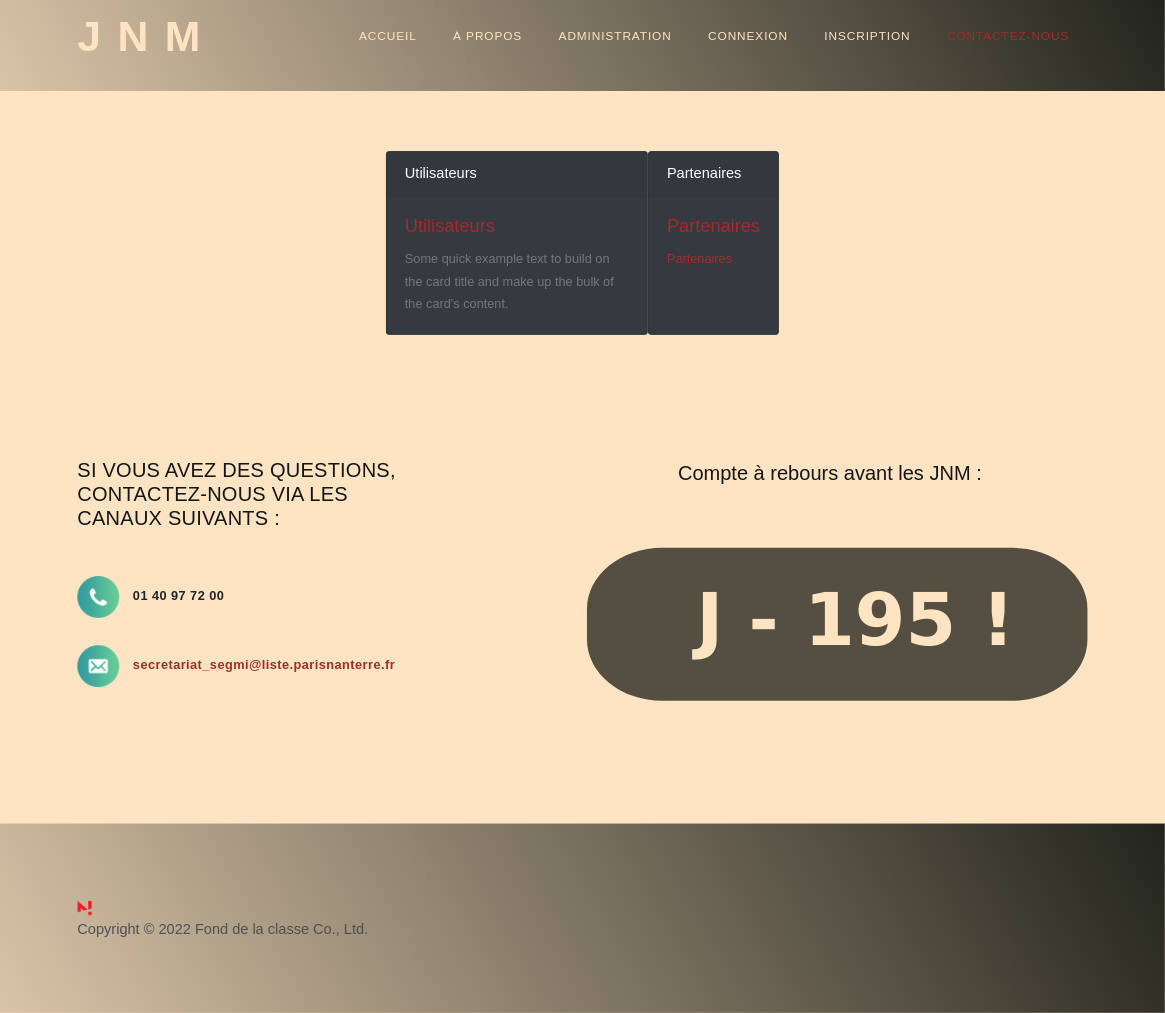
Repository: RiadNadri/ProjetWeb2022
Page: templates/Admin/admin.html.twig
These files come from the project's save history. The page is drawn as it stood at one moment and after the next save; the edit follows.
The browser window is 1280 px wide. The pictures show the whole page, at 91% of full size.
Some web fonts or font styles are not loaded; a fallback is used. The page is a Twig template of a Symfony application; nobody is signed in and links lead nowhere. The template is opened directly, without the code that normally fills it, so the values that code supplies are empty.

Above is the page before, as saved 2022-12-24 17:30:29.

After the next save:
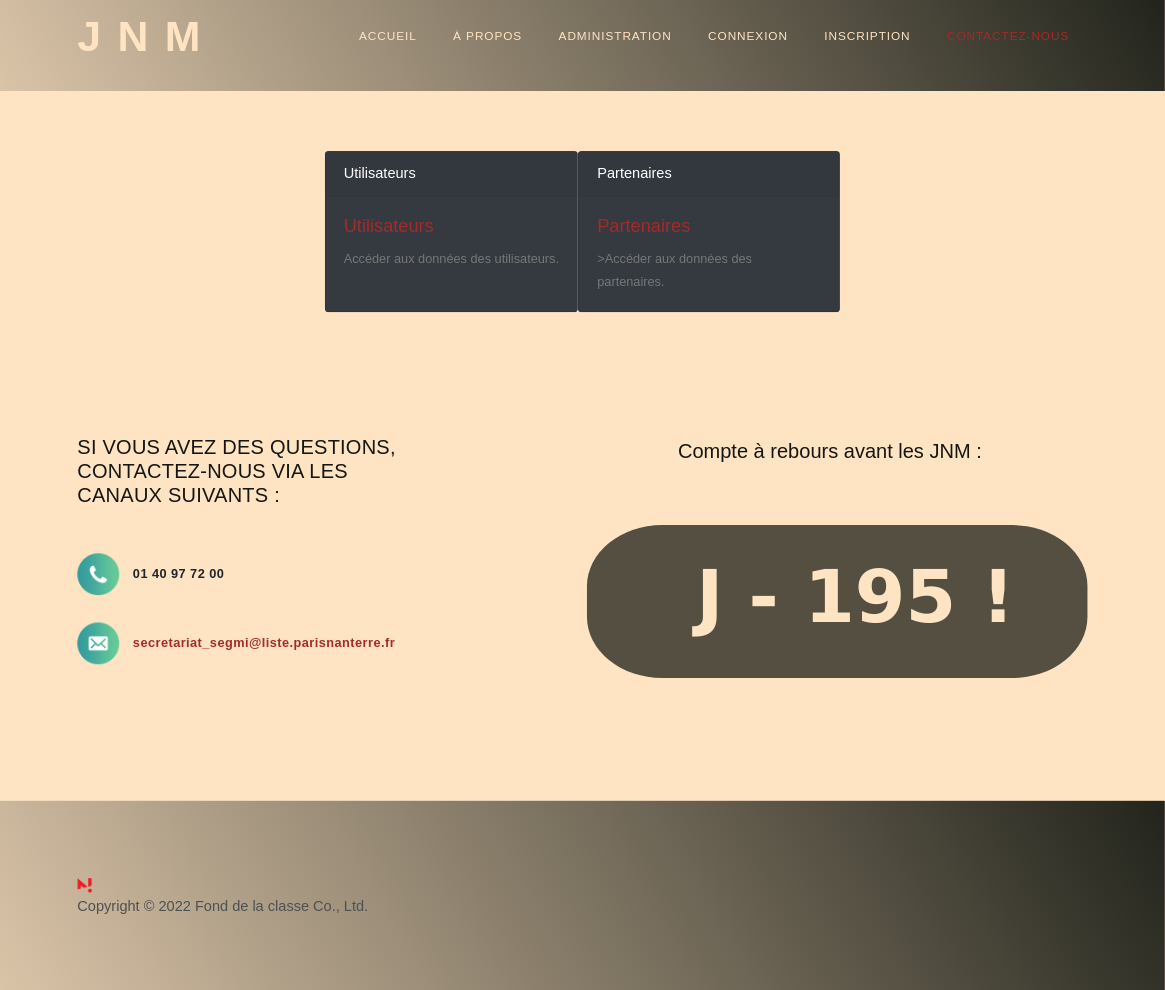
Saved 38 s later.
--- a/templates/Admin/admin.html.twig
+++ b/templates/Admin/admin.html.twig
@@ -31,7 +31,7 @@
     <div class="card-header">Utilisateurs</div>
     <div class="card-body">
         <h5 class="card-title"><a href="{{path('app_user')}}">Utilisateurs</a></h5>
-        <p class="card-text">Some quick example text to build on the card title and make up the bulk of the card's content.</p>
+        <p class="card-text">Accéder aux données des utilisateurs.</p>
     </div>
     </div>
 
@@ -39,7 +39,7 @@
     <div class="card-header">Partenaires</div>
     <div class="card-body">
         <h5 class="card-title"><a  href="{{path('app_partenaire')}}">Partenaires</a></h5>
-        <p class="card-text"><a  href="{{path('app_partenaire')}}">Partenaires</a></p>
+        <p class="card-text">>Accéder aux données des partenaires.</p>
     </div>
     </div>
 </div>
